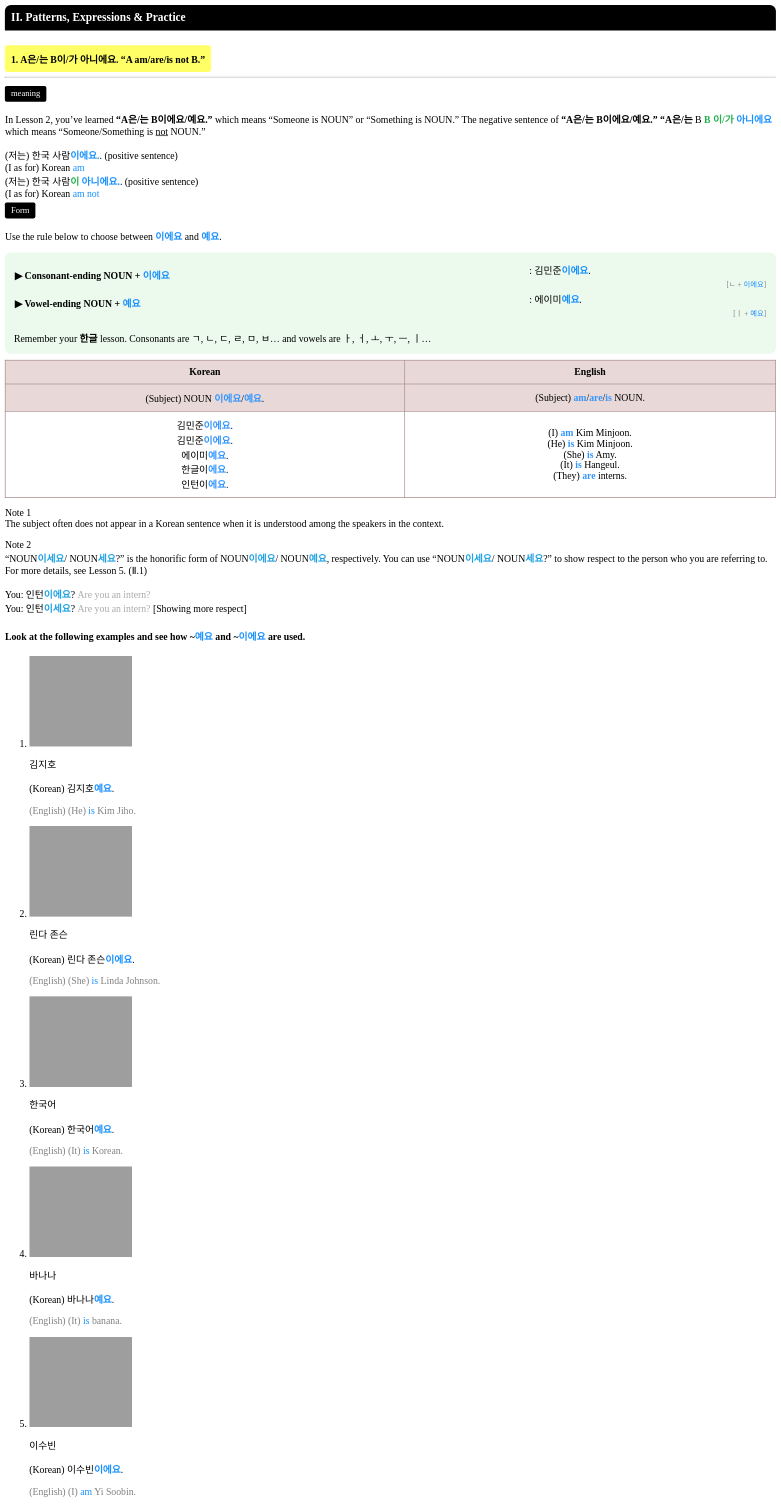
Repository: elliehong89/pineapple-content
Page: 1.anytimekorea/chap3/섹션6.html
The author's editor kept a copy of each file at every save. The page is drawn from the files as they stood at one save, then again after a run of saves.
The browser window is 1280 px wide. The pictures show the whole page, at 61% of full size.
Pictures or frames that could not be fetched are drawn as grey boxes.

Above is the page before, as saved 2025-02-19 18:43:17.

After the next 2 saves:
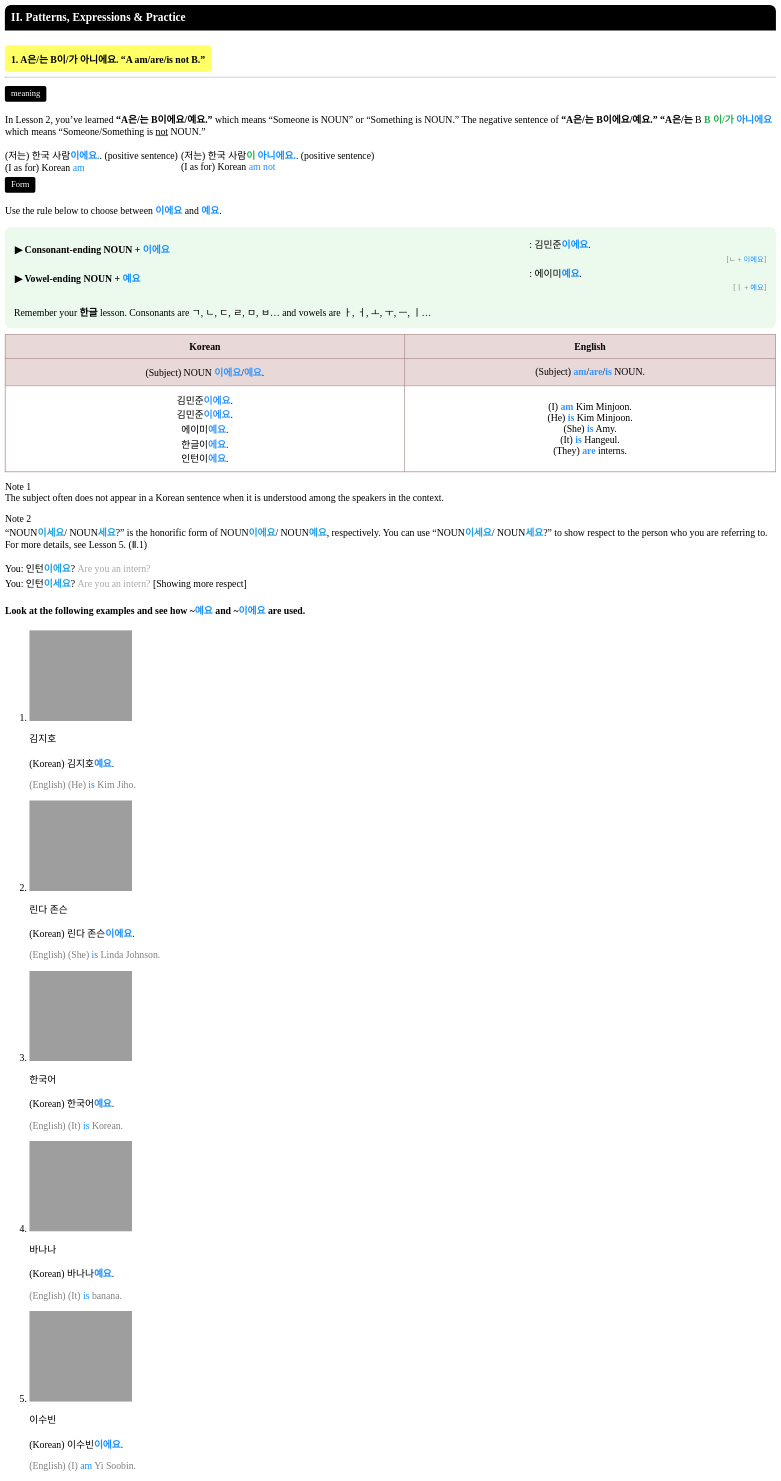
The 2 saves are shown as one change because they came seconds apart.
The last was saved 28 s later.
--- a/1.anytimekorea/chap3/섹션6.html
+++ b/1.anytimekorea/chap3/섹션6.html
@@ -19,17 +19,16 @@
     which means “Someone/Something is <span style="text-decoration: underline;">not</span> NOUN.”
 </p>
 <div style="display: flex; flex-direction: row; gap: 5px;">
-
-</div>
-<div style="display: flex; flex-direction: column; gap: 2px;">
-    <p style="margin: 0; padding: 0;">(저는) 한국 사람<span style="color: #1890FF; font-weight: bold;">이에요.</span>. (positive sentence)</p>
-    <p style="margin: 0; padding: 0; gap: 2px;">(I as for) Korean <span style="color:#1890FF;">am</span></p>
-</div>
-<div>
-    <p style="margin: 0; padding: 0;">
-        (저는) 한국 사람<span style="color: #23B24B; font-weight: bold;">이</span> <span style="color: #1890FF; font-weight: bold;">아니에요.</span>. (positive sentence)
-    </p>
-    <p style="margin: 0; padding: 0;">(I as for) Korean <span style="color:#1890FF;">am not</span></p>
+    <div style="display: flex; flex-direction: column; gap: 2px;">
+        <p style="margin: 0; padding: 0;">(저는) 한국 사람<span style="color: #1890FF; font-weight: bold;">이에요.</span>. (positive sentence)</p>
+        <p style="margin: 0; padding: 0; gap: 2px;">(I as for) Korean <span style="color:#1890FF;">am</span></p>
+    </div>
+    <div>
+        <p style="margin: 0; padding: 0;">
+            (저는) 한국 사람<span style="color: #23B24B; font-weight: bold;">이</span> <span style="color: #1890FF; font-weight: bold;">아니에요.</span>. (positive sentence)
+        </p>
+        <p style="margin: 0; padding: 0;">(I as for) Korean <span style="color:#1890FF;">am not</span></p>
+    </div>
 </div>
 
 <div style="margin-top: 5px; background-color: black; color: white; display: inline-block; padding: 5px 10px; border-radius: 3px; font-size: 14px;">
